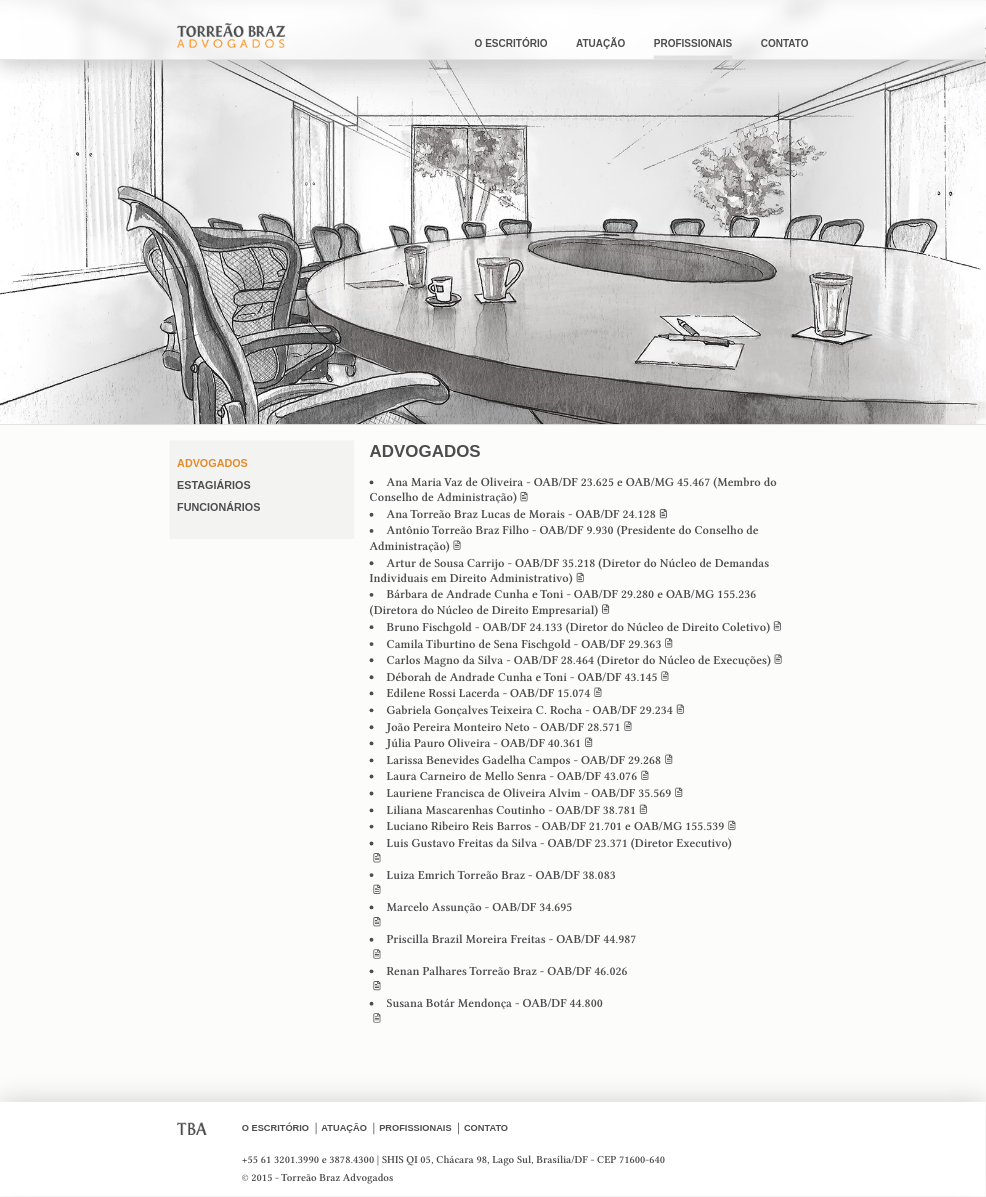
Repository: flira/torreao-braz
Page: dev/profissionais.html
The author's editor kept a record of every edit. The page is drawn from the files as they stood at one moment, then again after the next edit.
The browser window is 1280 px wide. The pictures show the whole page, at 77% of full size.
Some web libraries are served in a nearby version.

Above is the page before.

After the next edit:
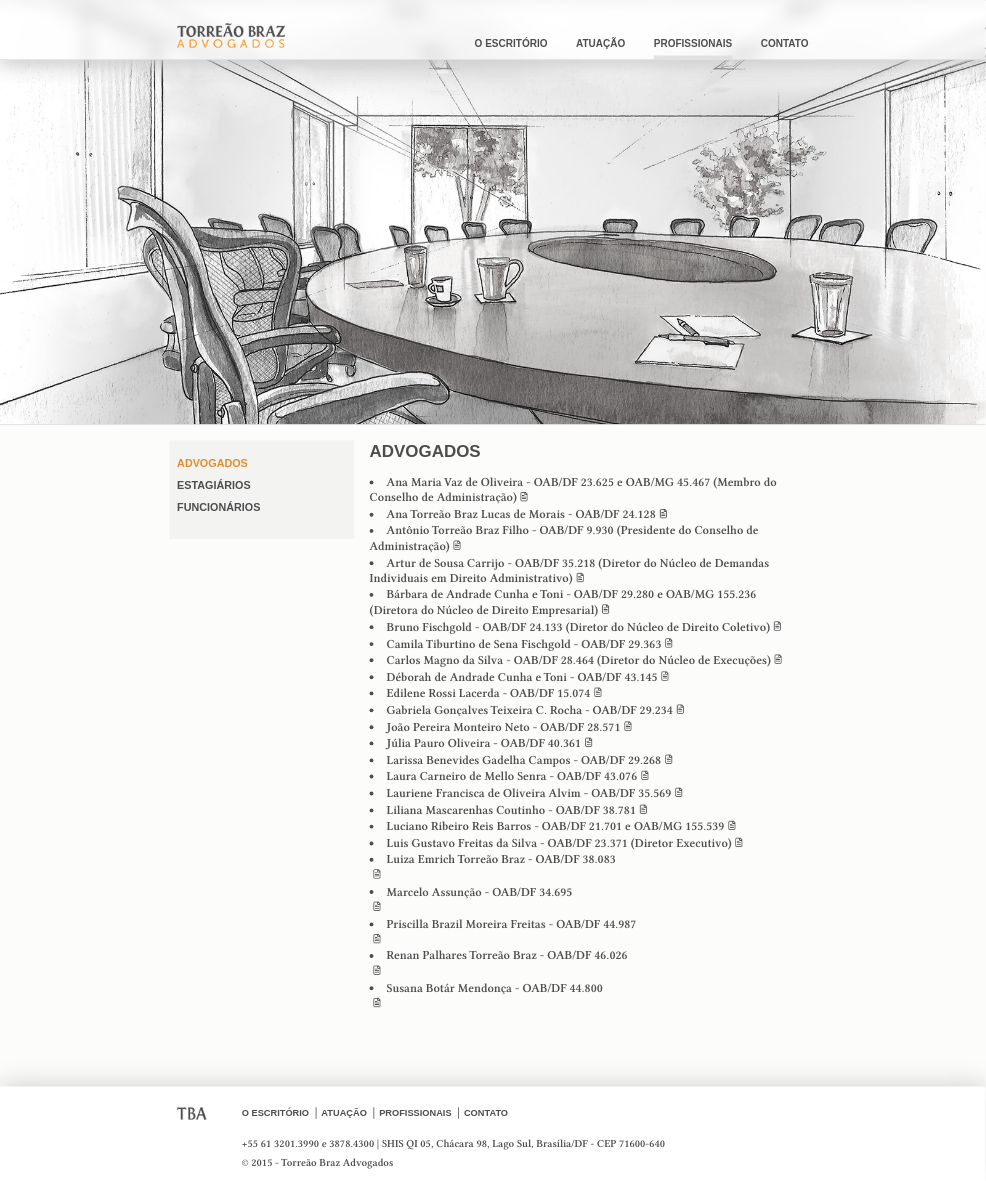
The edit:
--- a/dev/profissionais.html
+++ b/dev/profissionais.html
@@ -301,7 +301,7 @@
                 </div>
             </li>
             <li class="accordion">
-              <span class="cv" id="">Luis Gustavo Freitas da Silva - OAB/DF 23.371 (Diretor Executivo)</a>
+              <span class="cv" id="">Luis Gustavo Freitas da Silva - OAB/DF 23.371 (Diretor Executivo)</span>
                 <div>
                   <div class="content">
                     <a href="mailto:luisgustavo@torreaobraz.com.br" class="email">luisgustavo@torreaobraz.com.br</a>
